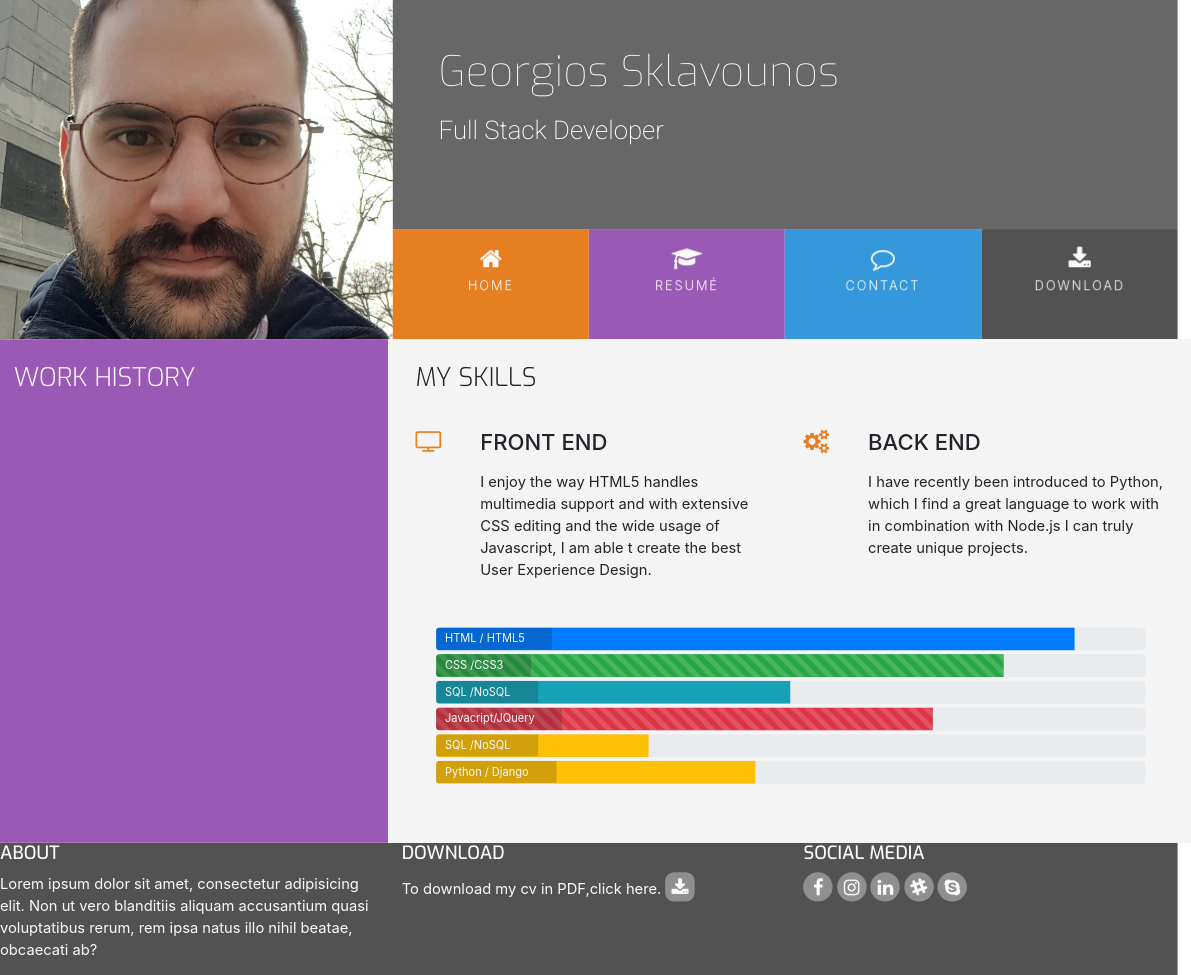
Repository: GeorgiosSklav/MyResume
Page: resume.html
The author's editor kept a record of every edit. The page is drawn from the files as they stood at one moment, then again after the next edit.
The browser window is 1280 px wide. The page is 1295 px wide, so the pictures cover 1295 px, including what lies to the right of the window. The pictures show the whole page, at 92% of full size.

Above is the page before.

After the next edit:
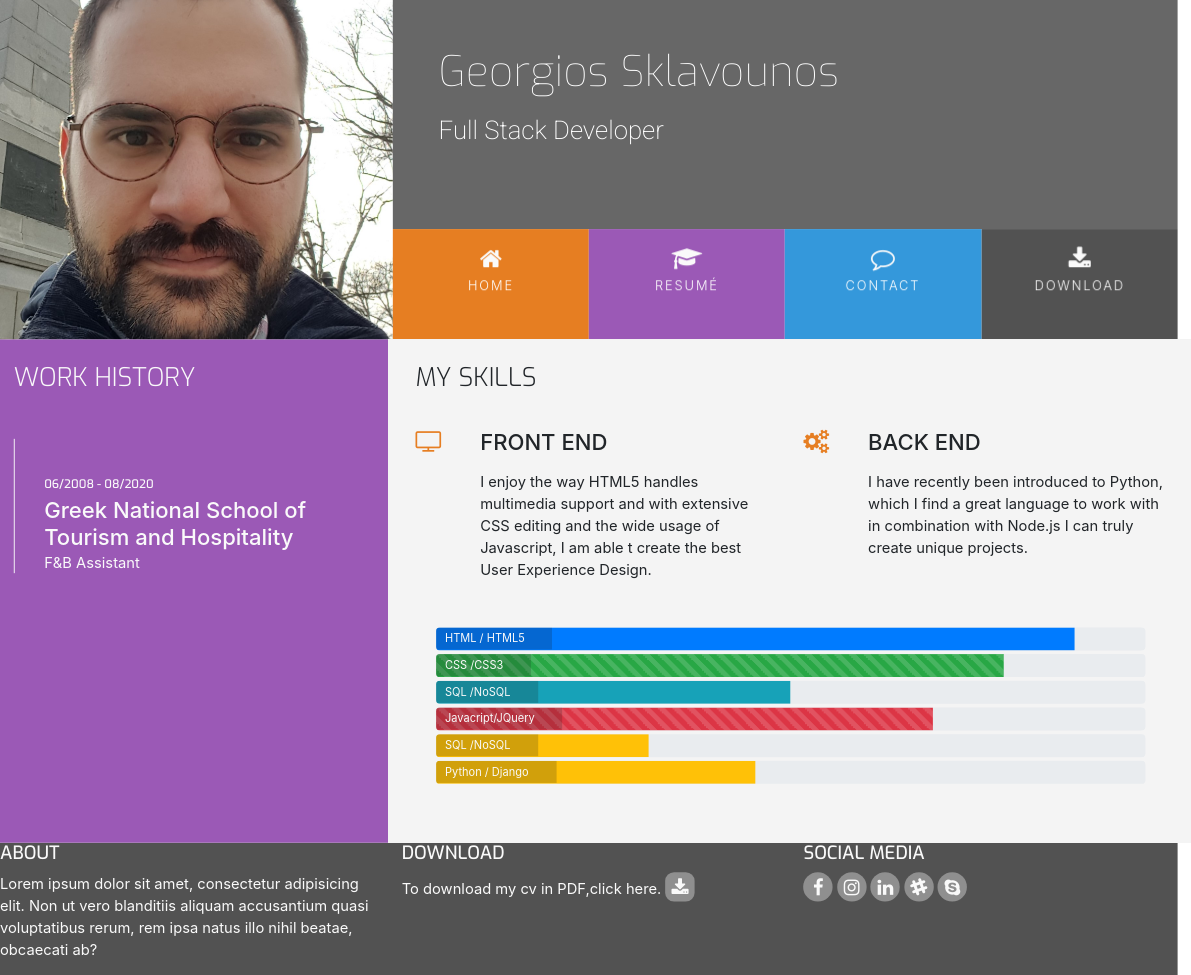
The edit:
--- a/resume.html
+++ b/resume.html
@@ -52,6 +52,10 @@
                     <div class="col-12">
                         <h3 class="history-heading uppercase">Work History</h3>
                     </div>
+                </div>
+                <div class="timeline-item" data-dates="06/2008 - 08/2020">
+                    <h4>Greek National School of Tourism and Hospitality</h4>
+                    <p>F&B Assistant</p>
                 </div>
             </div>
             <div class="col-md-8 bg-color-three-reasons section-column">
